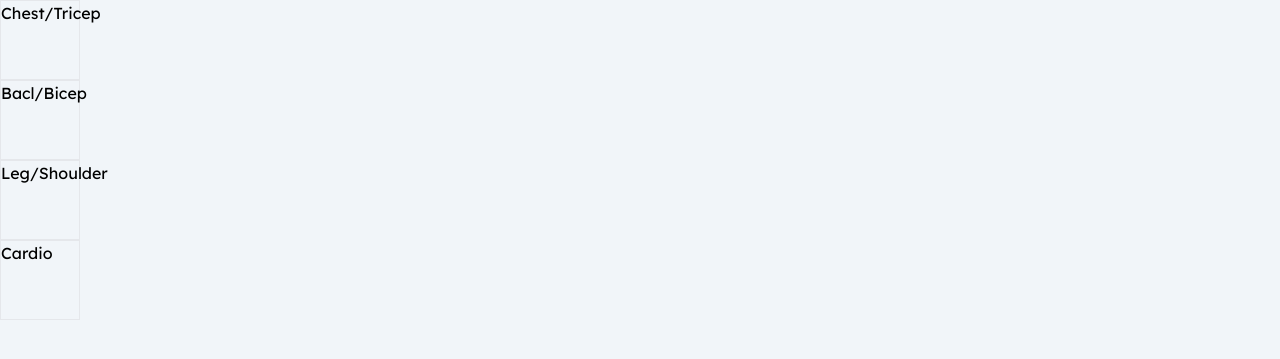
Repository: stavan30/tracker
Page: /
The author's editor kept a copy of each file at every save. The page is drawn from the files as they stood at one save, then again after the next save.
The browser window is 1280 px wide. The pictures show the whole page.
The project was rebuilt for these pictures with package versions that can differ from the ones it lists, and the page was loaded fresh each time. Also part of the build but not shown: vite.config.js.

Above is the page before, as saved 2024-02-23 17:51:55.

After the next save:
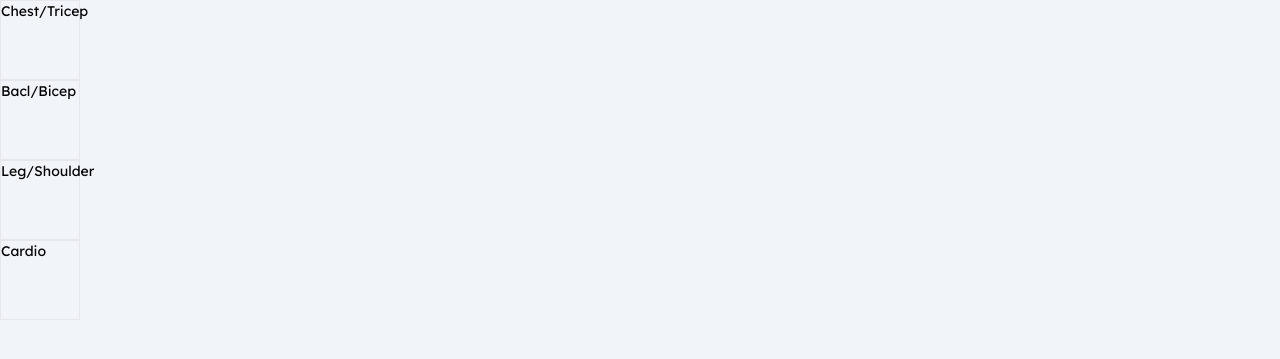
Saved 41 s later.
--- a/src/Components/Card.jsx
+++ b/src/Components/Card.jsx
@@ -2,7 +2,7 @@ import React from 'react'
 
 const Card = (props) => {
   return (
-    <div className='text-black font-lex border h-20 w-20'>{props.day}</div>
+    <div className='text-black text-sm font-lex border h-20 w-20'>{props.day}</div>
   )
 }
 
